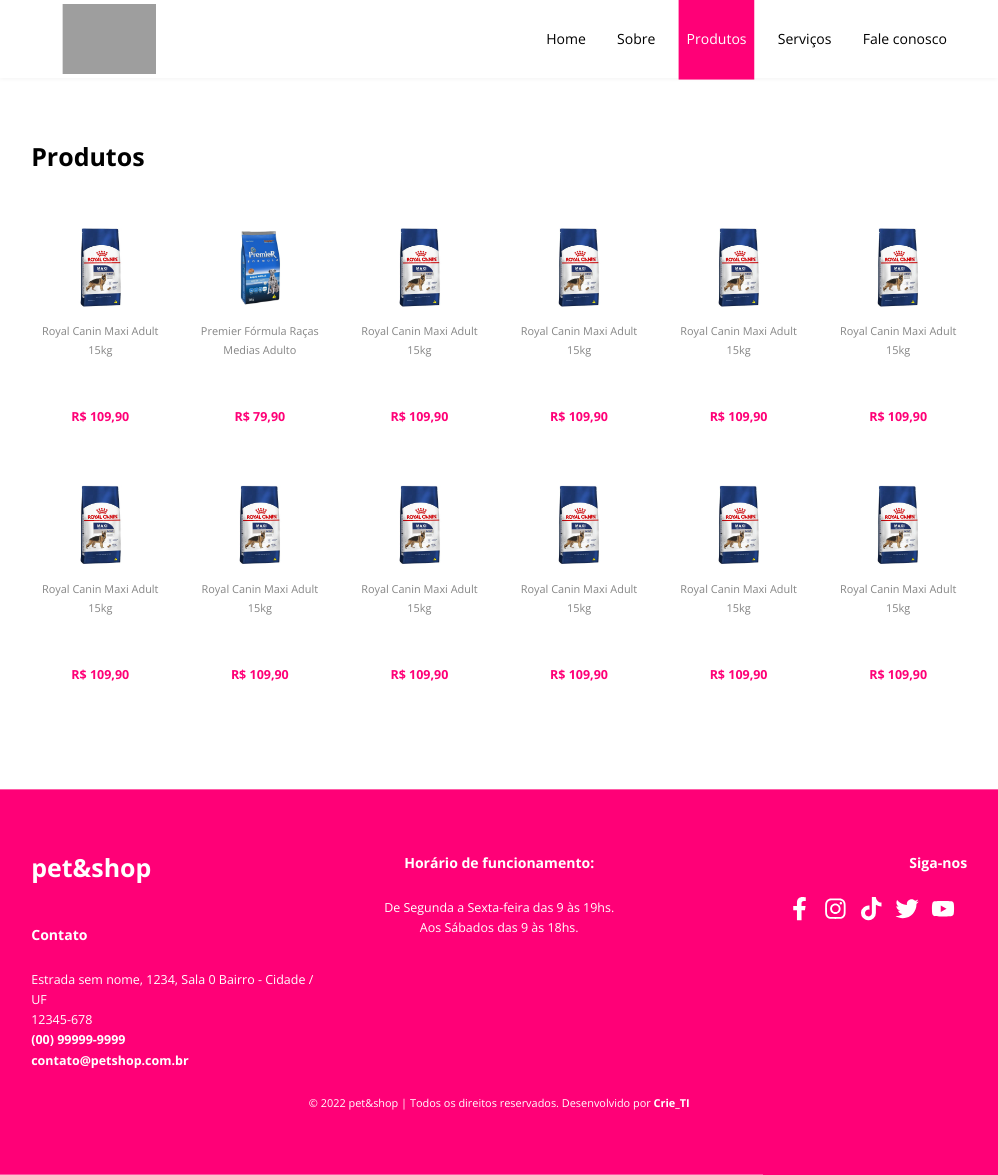
Repository: EzequielKaiber/pet-e-shop
Page: produtos.html
The author's editor kept a copy of each file at every save. The page is drawn from the files as they stood at one save, then again after the next save.
The browser window is 1280 px wide. The pictures show the whole page, at 78% of full size.
Pictures or frames that could not be fetched are drawn as grey boxes.

Above is the page before, as saved 2022-04-25 15:50:54.

After the next save:
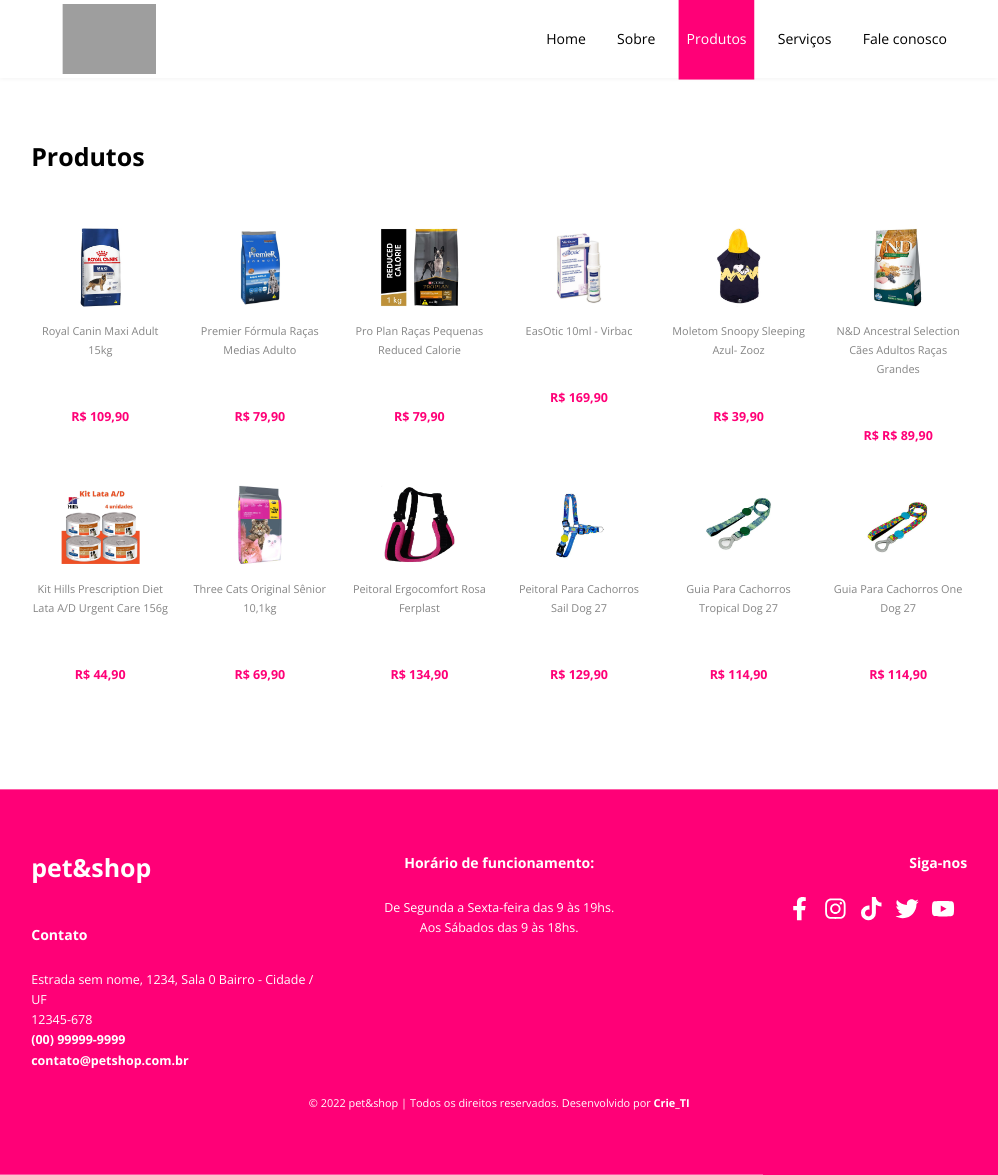
Saved 21 h 10 min later.
--- a/produtos.html
+++ b/produtos.html
@@ -56,54 +56,54 @@
                     <span>R$ 79,90</span>
                 </div>
                 <div class="card">
-                    <div class="image" style="background-image: url(img/Produtos/product-1.webp);"></div>
-                    <small>Royal Canin Maxi Adult 15kg</small>
-                    <span>R$ 109,90</span>
+                    <div class="image" style="background-image: url(img/Produtos/product-3.webp);"></div>
+                    <small>Pro Plan Raças Pequenas Reduced Calorie</small>
+                    <span>R$ 79,90</span>
                 </div>
                 <div class="card">
-                    <div class="image" style="background-image: url(img/Produtos/product-1.webp);"></div>
-                    <small>Royal Canin Maxi Adult 15kg</small>
-                    <span>R$ 109,90</span>
+                    <div class="image" style="background-image: url(img/Produtos/product-4.webp);"></div>
+                    <small>EasOtic 10ml - Virbac</small>
+                    <span>R$ 169,90</span>
                 </div>
                 <div class="card">
-                    <div class="image" style="background-image: url(img/Produtos/product-1.webp);"></div>
-                    <small>Royal Canin Maxi Adult 15kg</small>
-                    <span>R$ 109,90</span>
+                    <div class="image" style="background-image: url(img/Produtos/product-5.webp);"></div>
+                    <small>Moletom Snoopy Sleeping Azul- Zooz</small>
+                    <span>R$ 39,90</span>
                 </div>
                 <div class="card">
-                    <div class="image" style="background-image: url(img/Produtos/product-1.webp);"></div>
-                    <small>Royal Canin Maxi Adult 15kg</small>
-                    <span>R$ 109,90</span>
+                    <div class="image" style="background-image: url(img/Produtos/product-6.webp);"></div>
+                    <small>N&D Ancestral Selection Cães Adultos Raças Grandes</small>
+                    <span>R$ R$ 89,90</span>
                 </div>
                 <div class="card">
-                    <div class="image" style="background-image: url(img/Produtos/product-1.webp);"></div>
-                    <small>Royal Canin Maxi Adult 15kg</small>
-                    <span>R$ 109,90</span>
+                    <div class="image" style="background-image: url(img/Produtos/product-7.webp);"></div>
+                    <small>Kit Hills Prescription Diet Lata A/D Urgent Care 156g</small>
+                    <span>R$ 44,90</span>
                 </div>
                 <div class="card">
-                    <div class="image" style="background-image: url(img/Produtos/product-1.webp);"></div>
-                    <small>Royal Canin Maxi Adult 15kg</small>
-                    <span>R$ 109,90</span>
+                    <div class="image" style="background-image: url(img/Produtos/product-8.webp);"></div>
+                    <small>Three Cats Original Sênior 10,1kg</small>
+                    <span>R$ 69,90</span>
                 </div>
                 <div class="card">
-                    <div class="image" style="background-image: url(img/Produtos/product-1.webp);"></div>
-                    <small>Royal Canin Maxi Adult 15kg</small>
-                    <span>R$ 109,90</span>
+                    <div class="image" style="background-image: url(img/Produtos/product-9.webp);"></div>
+                    <small>Peitoral Ergocomfort Rosa Ferplast</small>
+                    <span>R$ 134,90</span>
                 </div>
                 <div class="card">
-                    <div class="image" style="background-image: url(img/Produtos/product-1.webp);"></div>
-                    <small>Royal Canin Maxi Adult 15kg</small>
-                    <span>R$ 109,90</span>
+                    <div class="image" style="background-image: url(img/Produtos/product-10.webp);"></div>
+                    <small>Peitoral Para Cachorros Sail Dog 27</small>
+                    <span>R$ 129,90</span>
                 </div>
                 <div class="card">
-                    <div class="image" style="background-image: url(img/Produtos/product-1.webp);"></div>
-                    <small>Royal Canin Maxi Adult 15kg</small>
-                    <span>R$ 109,90</span>
+                    <div class="image" style="background-image: url(img/Produtos/product-11.webp);"></div>
+                    <small>Guia Para Cachorros Tropical Dog 27</small>
+                    <span>R$ 114,90</span>
                 </div>
                 <div class="card">
-                    <div class="image" style="background-image: url(img/Produtos/product-1.webp);"></div>
-                    <small>Royal Canin Maxi Adult 15kg</small>
-                    <span>R$ 109,90</span>
+                    <div class="image" style="background-image: url(img/Produtos/product-12.webp);"></div>
+                    <small>Guia Para Cachorros One Dog 27</small>
+                    <span>R$ 114,90</span>
                 </div>
             </div>
         </div>
